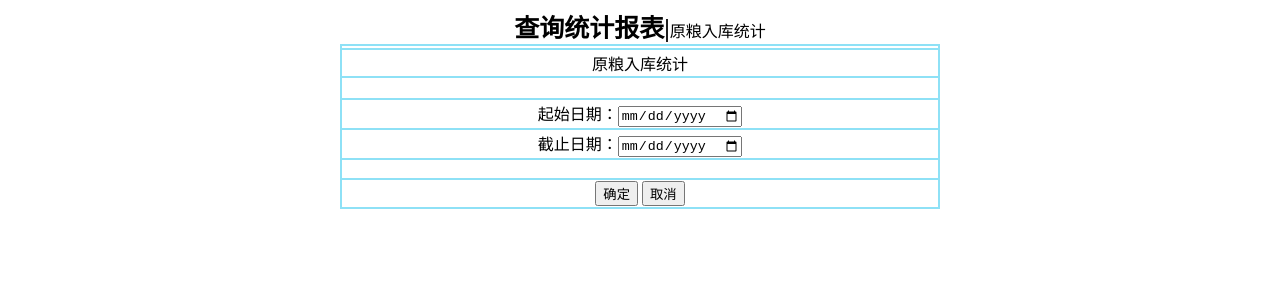
Repository: yuxingyan/OneCrewFlour
Page: http://localhost/Flour/inquireinstore.jsp
An editor plug-in stored every save of this project. The page is shown before and after the next save, followed by the edit.
The browser window is 1280 px wide. The pictures show the whole page.
The page is served by Tomcat 9. Nobody is signed in. The application's start-up code is not run.

Above is the page before, as saved 2018-01-11 07:12:34.

After the next save:
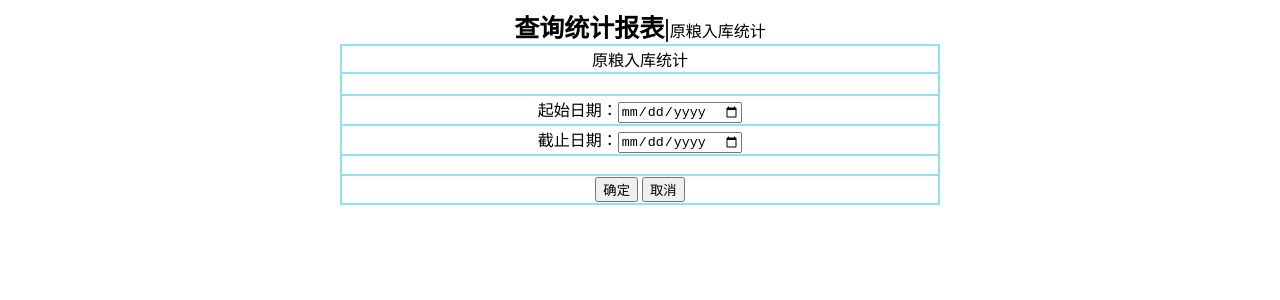
Saved 73 s later.
--- a/Flour/WebRoot/inquireinstore.jsp
+++ b/Flour/WebRoot/inquireinstore.jsp
@@ -53,7 +53,7 @@ String basePath = request.getScheme()+"://"+request.getServerName()+":"+request.
      <form name="form1" id="form1" action="inquireinstore" method="post">
      <strong style="font-size:25px">查询统计报表|</strong>原粮入库统计
      <table border="1" width="600" cellspacing="0" bordercolor="#8EE1F6">
-    <tr><td colspan="10" ></td></tr>
+
     <tr height="20px"><td align="center" colspan="4" >原粮入库统计</td></tr>
     <tr height="20px"><td align="center" colspan="4" >&nbsp</td></tr>
     <tr height="20px"><td align="center" colspan="4" >起始日期：<input type="date" name="startdate" id="date1"/></td>
